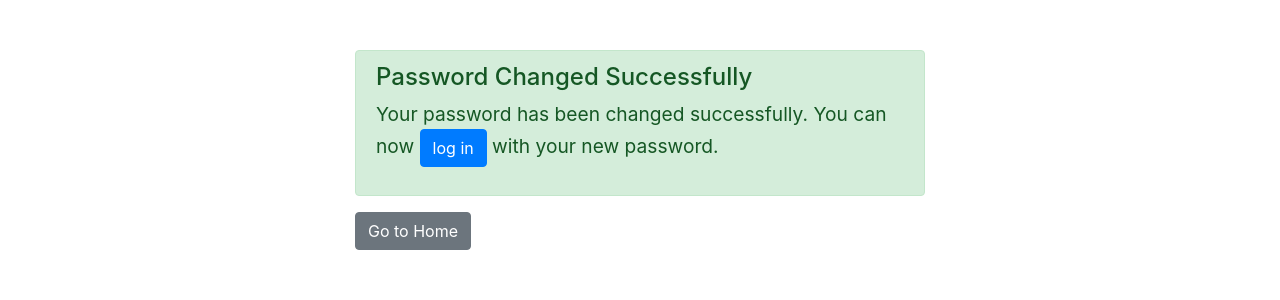
Repository: nyeinsu4520/tourland
Page: http://localhost/password-changed
An editor plug-in stored every save of this project. The page is shown before and after the next save, followed by the edit.
The browser window is 1280 px wide. The pictures show the whole page.
The page is this project's Thymeleaf template; nobody is signed in. The template is opened directly, without the code that normally fills it, so the values that code supplies are empty.

Above is the page before, as saved 2024-07-19 10:08:07.

After the next save:
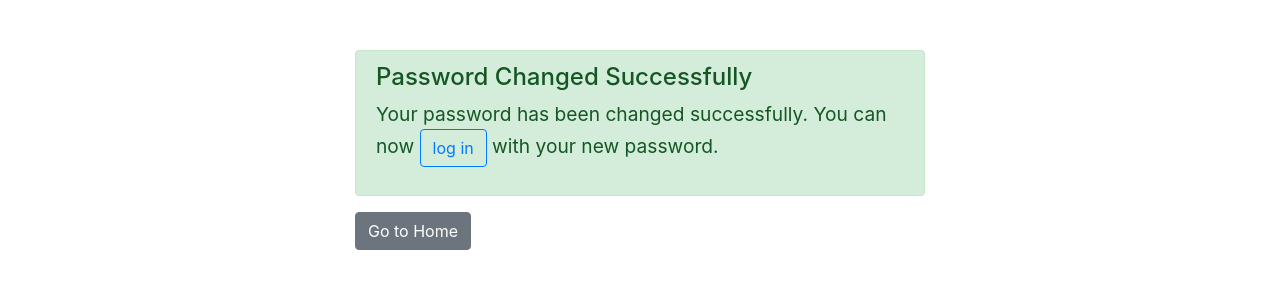
Saved 30 s later.
--- a/Tourland/src/main/resources/templates/password-changed.html
+++ b/Tourland/src/main/resources/templates/password-changed.html
@@ -19,7 +19,7 @@
     <div class="container">
         <div class="alert alert-success" role="alert">
             <h4 class="alert-heading">Password Changed Successfully</h4>
-            <p>Your password has been changed successfully. You can now <a href="/login" class="btn btn-primary">log in</a> with your new password.</p>
+            <p>Your password has been changed successfully. You can now <a th:href="@{/login}" class="btn btn-outline-primary">log in</a> with your new password.</p>
         </div>
         <a th:href="@{/}" class="btn btn-secondary">Go to Home</a>
     </div>
